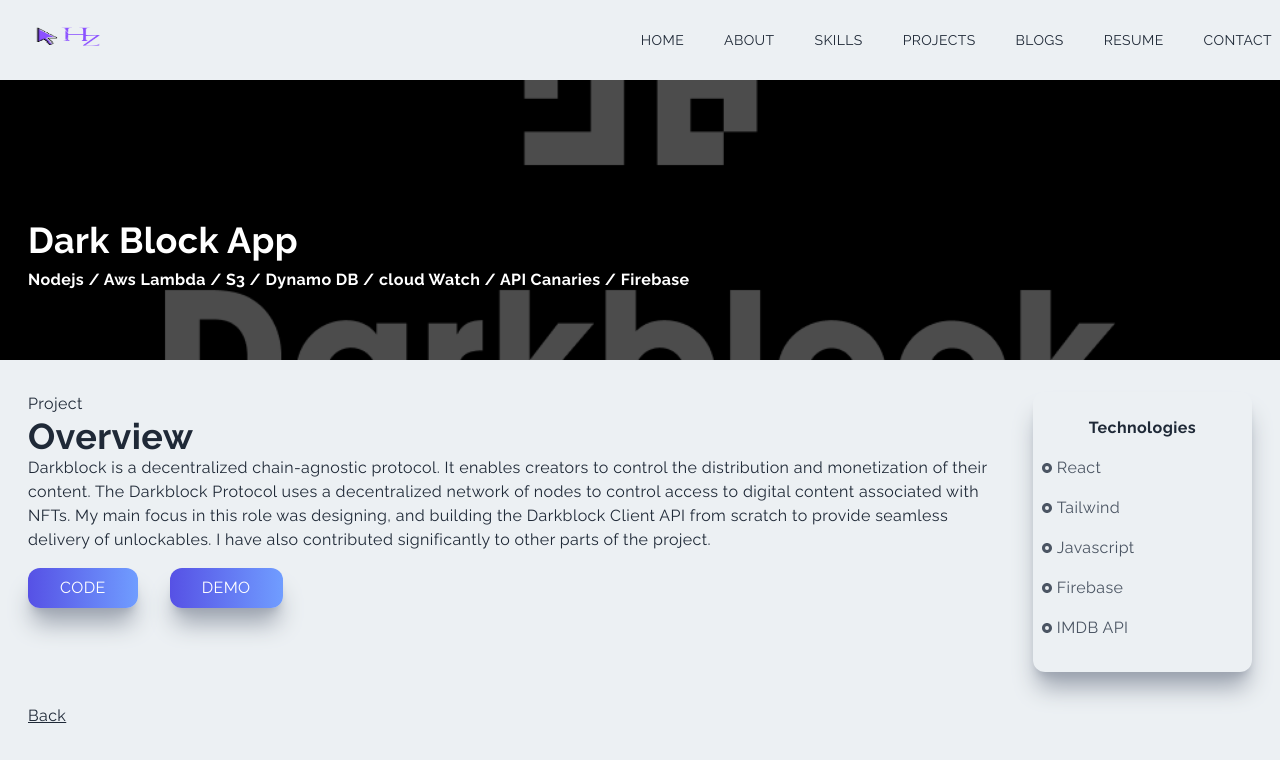
Repository: Hasnainzxc/testofolio
Page: /darkblock
The author's editor kept a copy of each file at every save. The page is drawn from the files as they stood at one save, then again after the next save.
The browser window is 1280 px wide. The pictures show the whole page.
The project was rebuilt for these pictures with package versions that can differ from the ones it lists, and the page was loaded fresh each time. The framework's server and built-in components were replaced by stand-ins that run in the browser. Also part of the build but not shown: next.config.js.

Above is the page before, as saved 2023-01-27 06:38:45.

After the next save:
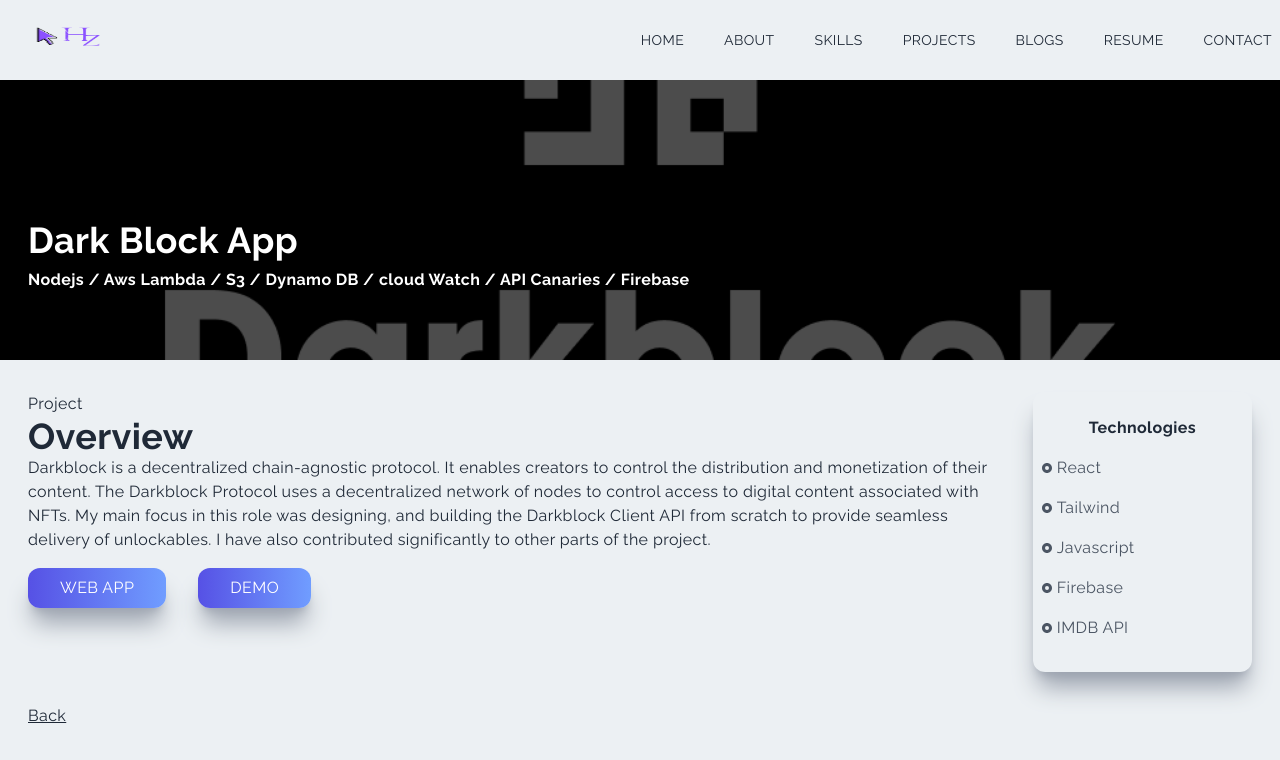
Saved 94 s later.
--- a/pages/darkblock.jsx
+++ b/pages/darkblock.jsx
@@ -40,14 +40,14 @@
             target='_blank'
             rel='noreferrer'
           >
-            <button className='px-8 py-2 mt-4 mr-8'>Code</button>
+            <button className='px-8 py-2 mt-4 mr-8'>WEB APP</button>
           </a>
           <a
-            href='https://fireclint.github.io/netflix-react-tailwind/'
+            href='https://app.darkblock.io/'
             target='_blank'
             rel='noreferrer'
           >
-            <button className='px-8 py-2 mt-4'>Demo</button>
+            <button className='px-8 py-2 mt-4'>DEMO</button>
           </a>
         </div>
         <div className='col-span-4 md:col-span-1 shadow-xl shadow-gray-400 rounded-xl py-4'>
